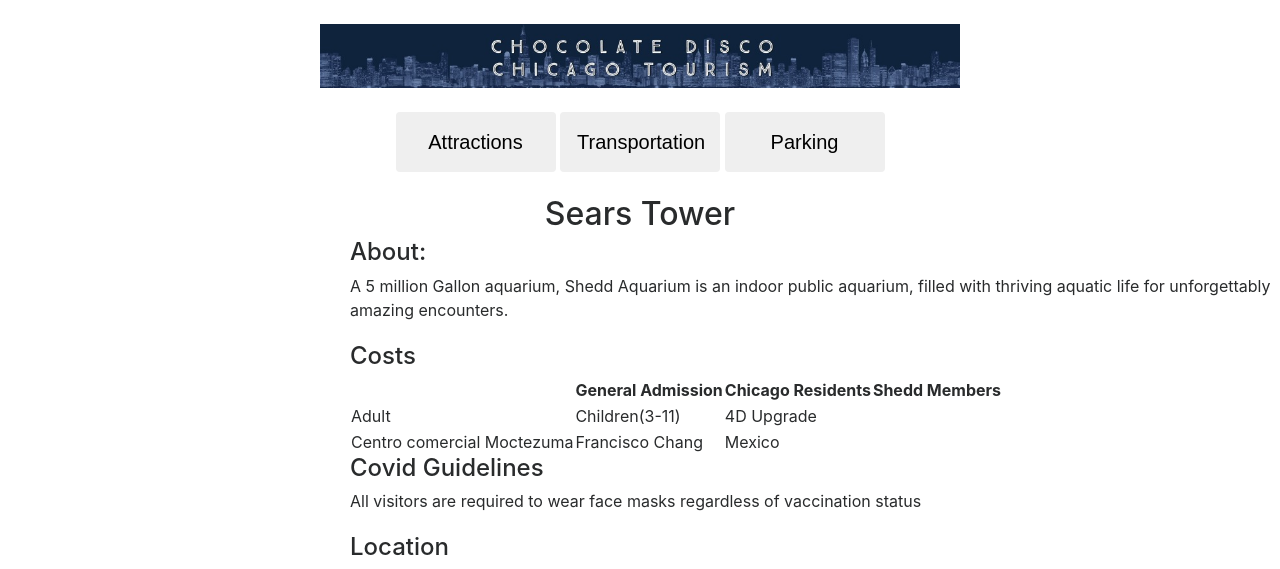
Repository: rkodit2/cs422project
Page: sheddAquarium.html
These files come from the project's save history. The page is drawn as it stood at one moment and after the next save; the edit follows.
The browser window is 1280 px wide. The pictures show the part of the page from y = 0 to 569 px (the page is 1069 px tall).
Pictures or frames that could not be fetched are drawn as grey boxes.

Above is the page before, as saved 2021-11-03 19:37:29.

### sheddAquarium.html
<!DOCTYPE html>
<html>
<head>
    <title>Chocolate Disco Chicago Tourism</title>
    <link rel="stylesheet" href=
    "https://maxcdn.bootstrapcdn.com/bootstrap/4.0.0-alpha.6/css/bootstrap.css">
    <link rel="stylesheet" href="homepage.css">
</head>
<body>
    <br>
    <div id="banner">
      <img src="pictures/banner3.jpg" alt="mainpage banner" class = "center" onclick="location.href='homepage.html';">
    </div>

    <br>
    <div class= "button-center">
        <button type ="button" id="Attractions" class="btn" onclick="location.href='attractions.html';" style="width: 160px; height: 60px; font-size: 20px;"> Attractions </button>
        <button type ="button" id="Transportation" class="btn" onclick="location.href='transportation.html';" style="width: 160px; height: 60px; font-size: 20px"> Transportation </button>
        <button type ="button" id="Parking" class="btn" onclick="location.href='parking.html';" style="width: 160px; height: 60px; font-size: 20px;"> Parking </button>
    </div>
    <br>
    <h2 style="text-align: center;"> Sears Tower </h2>
    <div style = "padding-left: 350px; padding-bottom: 50px;">
        <h4>About:</h4>
        <p style="padding-bottom: 5px;">A 5 million Gallon aquarium, Shedd Aquarium is an indoor public aquarium,
            filled with thriving aquatic life for unforgettably amazing encounters.</p>


        <h4>Costs</h4>

        <table style="padding: 200px;">
            <tr>
              <th> </th>
              <th>General Admission</th>
              <th>Chicago Residents</th>
              <th>Shedd Members</th>
            </tr>
            <tr>
              <td>Adult</td>
              <td>Children(3-11) </td>
              <td>4D Upgrade</td>
            </tr>
            <tr>
              <td>Centro comercial Moctezuma</td>
              <td>Francisco Chang</td>
              <td>Mexico</td>
            </tr>
          </table>



        <!--
        <p style="padding-bottom: 5px;"> Costs vary based residency: <br>
            Adult (Ages 12+): $39.95 or $19.95 <br>
            Youth (Ages 3-11): $29.95 or $14.95 <br>
            Members and Children under 3 are free!</p>
        -->
        <h4>Covid Guidelines</h4>
        <p style="padding-bottom: 5px;">All visitors are required to wear face masks regardless of vaccination status</p>


        <h4>Location</h4>
        <div class="gmap">
            <iframe src="https://www.google.com/maps/embed?pb=!1m18!1m12!1m3!1d30639.048300504415!2d-87.6554890462532!3d41.872478212615796!2m3!1f0!2f0!3f0!3m2!1i1024!2i768!4f13.1!3m3!1m2!1s0x880e2cbee269fbbb%3A0x10f6dce5eb88c7d!2sWillis%20Tower!5e0!3m2!1sen!2sus!4v1635904921765!5m2!1sen!2sus" width="600" height="450" style="border:0;" allowfullscreen="" loading="lazy"></iframe>
            <p style="padding-left: 20px; padding-top: 150px; font-size: 20px;">
               223 S Wacker Dr <br>
               Chicago, IL 60606
               <br>
               <br>
               <a href="https://www.willistower.com/" target="_blank">Sears Tower Main Website</a>
            </p>

        </div>
    </div>

</body>
</html>

### homepage.css
.button-center {
    text-align: center;
  }

.viewMore {
    display: flex;
    vertical-align: middle;
}
.center {
  display: block;
  margin-left: auto;
  margin-right: auto;
  width: 50%;
}
.gmap{
  display: flex;
  vertical-align: middle;
}

After the next save:
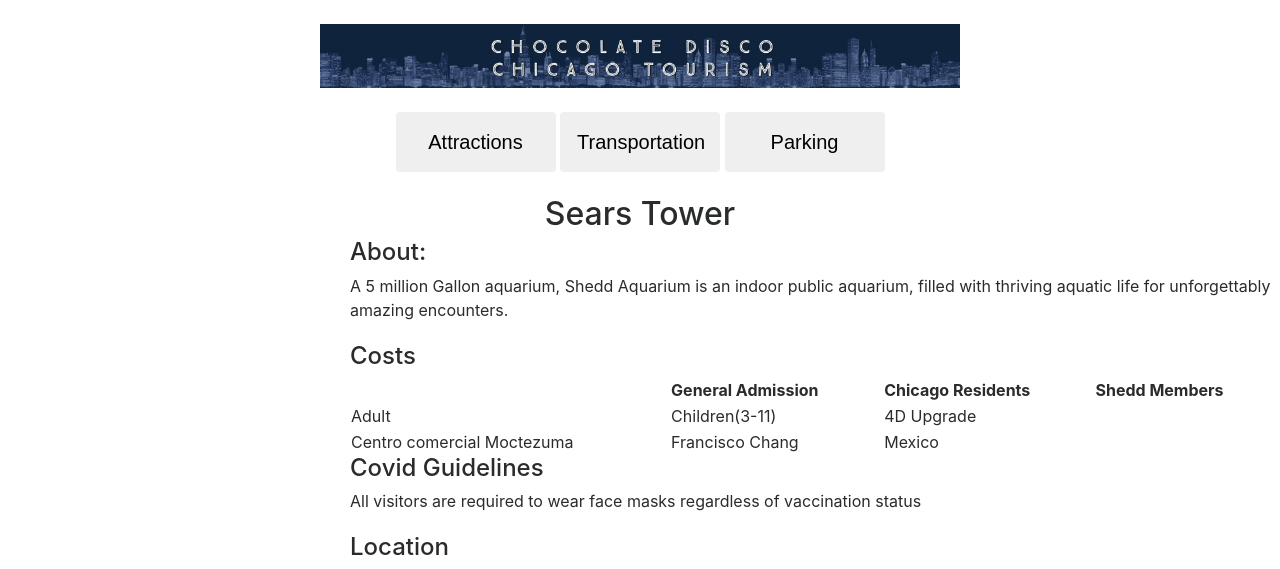
Saved 38 s later.
--- a/sheddAquarium.html
+++ b/sheddAquarium.html
@@ -28,7 +28,7 @@
 
         <h4>Costs</h4>
 
-        <table style="padding: 200px;">
+        <table style="width: 100%;">
             <tr>
               <th> </th>
               <th>General Admission</th>
